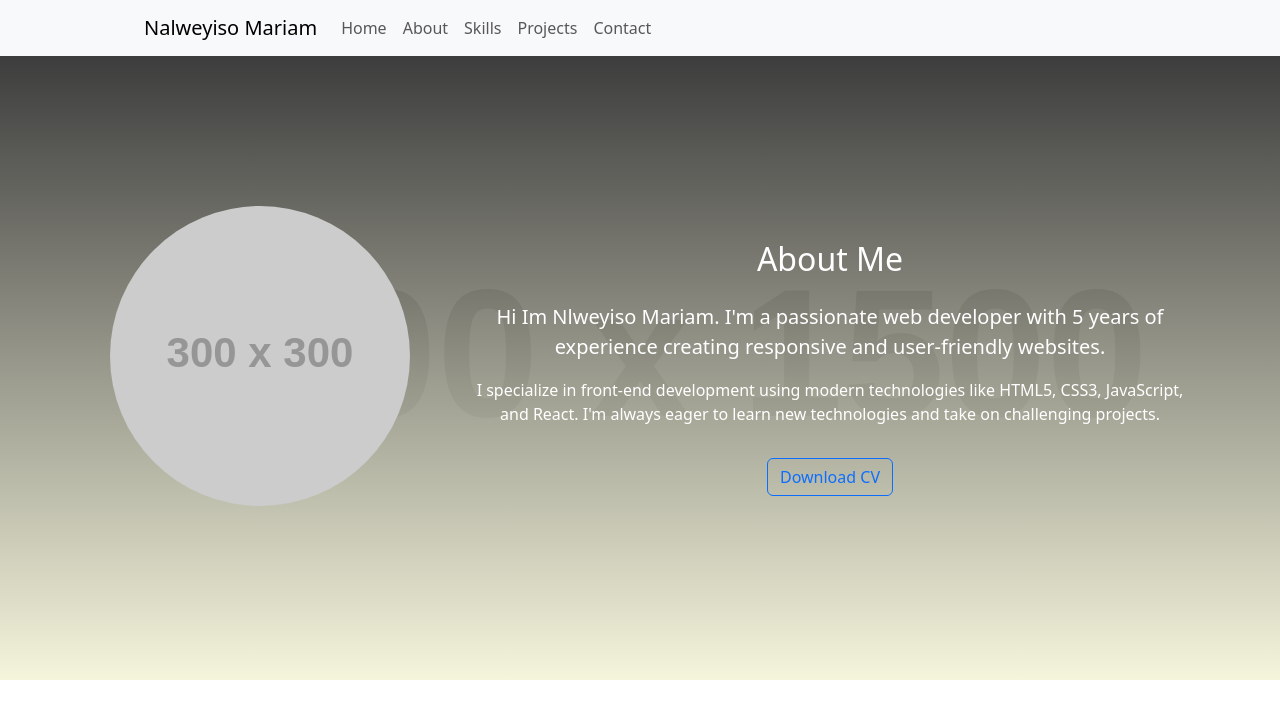
Repository: NalweMari/My-Personal-Portfolio
Page: index.html
The author's editor kept a copy of each file at every save. The page is drawn from the files as they stood at one save, then again after the next save.
The browser window is 1280 px wide. The pictures show the whole page.

Above is the page before, as saved 2025-11-27 12:43:55.
Console error (its wording comes from the project's code and is left out).

After the next save:
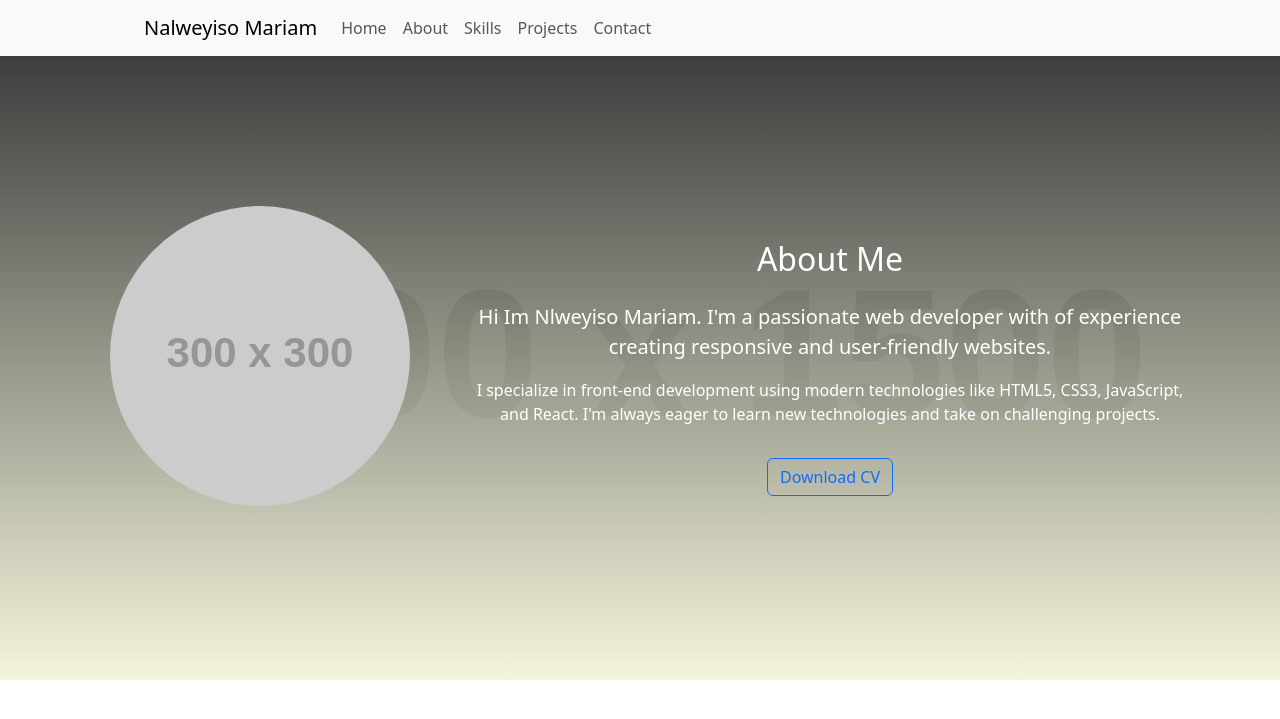
Saved 7 s later.
--- a/index.html
+++ b/index.html
@@ -52,7 +52,7 @@
                 </div>
                 <div class="col-md-8">
                     <h2 class="mb-4">About Me</h2>
-                    <p class="lead">Hi Im Nlweyiso Mariam. I'm a passionate web developer with 5 years of experience creating responsive and user-friendly websites.</p>
+                    <p class="lead">Hi Im Nlweyiso Mariam. I'm a passionate web developer with  of experience creating responsive and user-friendly websites.</p>
                     <p>I specialize in front-end development using modern technologies like HTML5, CSS3, JavaScript, and React. I'm always eager to learn new technologies and take on challenging projects.</p>
                     <a href="#" class="btn btn-outline-primary mt-3">Download CV</a>
                 </div>
